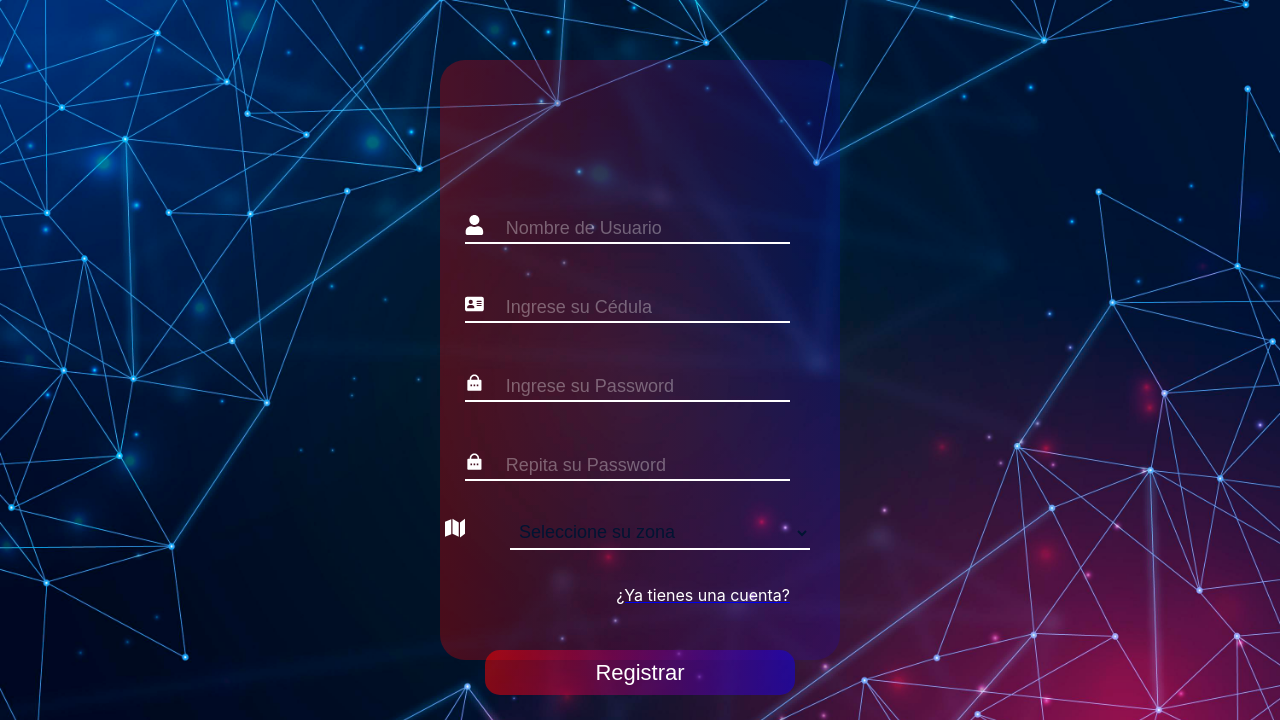
Repository: Davic1o/municipio
Page: /Registro
The author's editor kept a copy of each file at every save. The page is drawn from the files as they stood at one save, then again after the next save.
The browser window is 1280 px wide. The pictures show the whole page.
The project was rebuilt for these pictures with package versions that can differ from the ones it lists, and the page was loaded fresh each time. Also part of the build but not shown: src/pages/Login/Login.jsx, src/pages/Administrador/Admin.jsx, src/pages/Coord/Coord.jsx, src/pages/User/User.jsx, src/pages/ConfirmacionRegistro/ConfirmacionRegistro.jsx.

Above is the page before, as saved 2024-02-06 20:26:29.

After the next save:
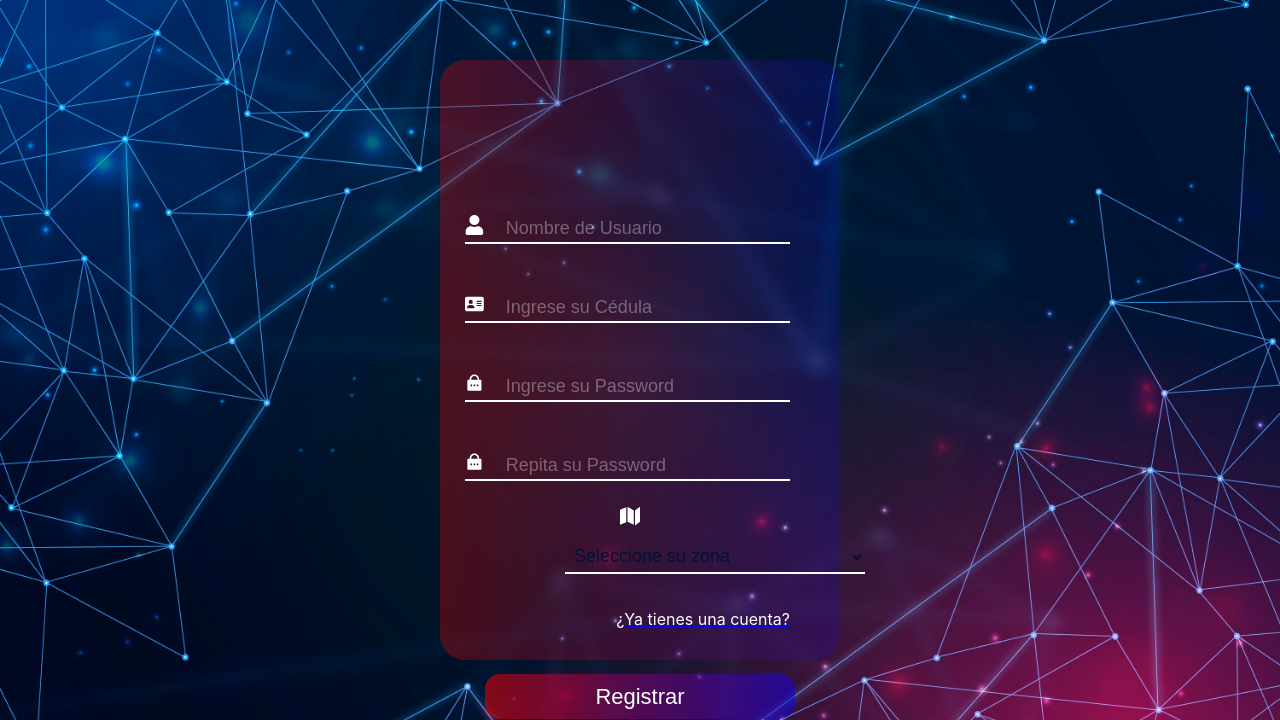
Saved 7 s later.
--- a/src/pages/Register/register.css
+++ b/src/pages/Register/register.css
@@ -10,7 +10,7 @@
 }
 .contenedor__zona select {
     width: 300px;
-    margin: 25px;
+    margin: 125px;
     justify-content: right;
     font-size: 18px;
     background-color: transparent;
